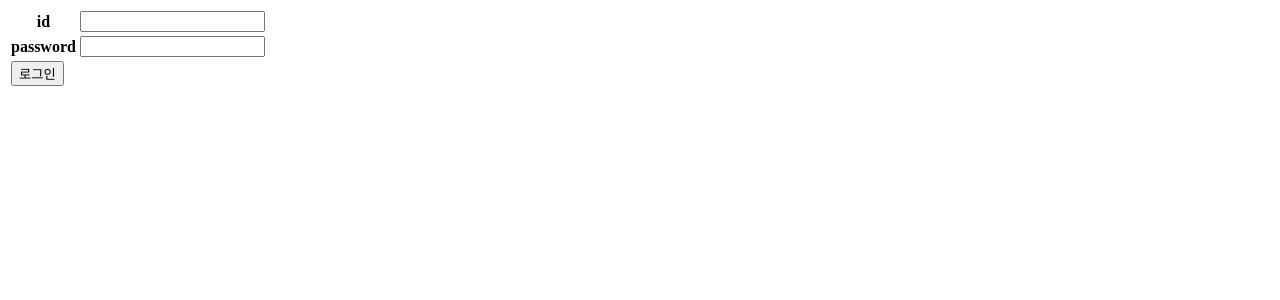
Repository: SimpleRan/jsp_paractice2
Page: http://localhost/JSPBasic/jspobject/cookie/cookie_login.jsp
These files come from the project's save history. The page is drawn as it stood at one moment and after the next save; the edit follows.
The browser window is 1280 px wide. The pictures show the whole page.
The page is served by Tomcat 9.

Above is the page before, as saved 2022-03-28 11:56:18.

### JSPBasic/src/main/webapp/jspobject/cookie/cookie_login.jsp
<%@ page language="java" contentType="text/html; charset=UTF-8"
    pageEncoding="UTF-8"%>
<%  request.setCharacterEncoding("utf-8");  %>
<!DOCTYPE html>
<html>
<head>
<meta charset="UTF-8">
<title>Insert title here</title>
</head>
<body>
	<%-- form을 이용해
	목적지 : cookie_login_check.jsp , 메서드 : post
	name: id, name:pw 를 submit 버튼을 통해 전달합니다. --%>
	<form action = "cookie_login_check.jsp" method="post">
	 <table>
	  <thead>
	   <tr>
	    <th>id</th>
	    <th><input type="text" name="id"></th>
	   </tr>
	   	   <tr>
	    <th>password</th>
	    <th><input type="text" name="pw"></th>
	   </tr>
	  </thead>
	  <tbody>
	    <tr>
	     <td><input type="submit" value="로그인"></td>
	    </tr>
	  </tbody>
  	 </table>
	</form>
</body>
</html>

After the next save:
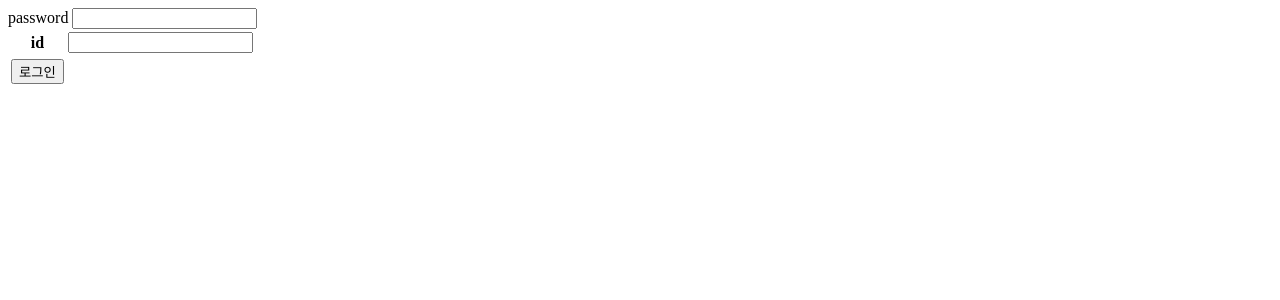
Saved 96 s later.
--- a/JSPBasic/src/main/webapp/jspobject/cookie/cookie_login.jsp
+++ b/JSPBasic/src/main/webapp/jspobject/cookie/cookie_login.jsp
@@ -19,8 +19,7 @@
 	    <th><input type="text" name="id"></th>
 	   </tr>
 	   	   <tr>
-	    <th>password</th>
-	    <th><input type="text" name="pw"></th>
+	    password <input type="text" name="pw"></th>
 	   </tr>
 	  </thead>
 	  <tbody>
